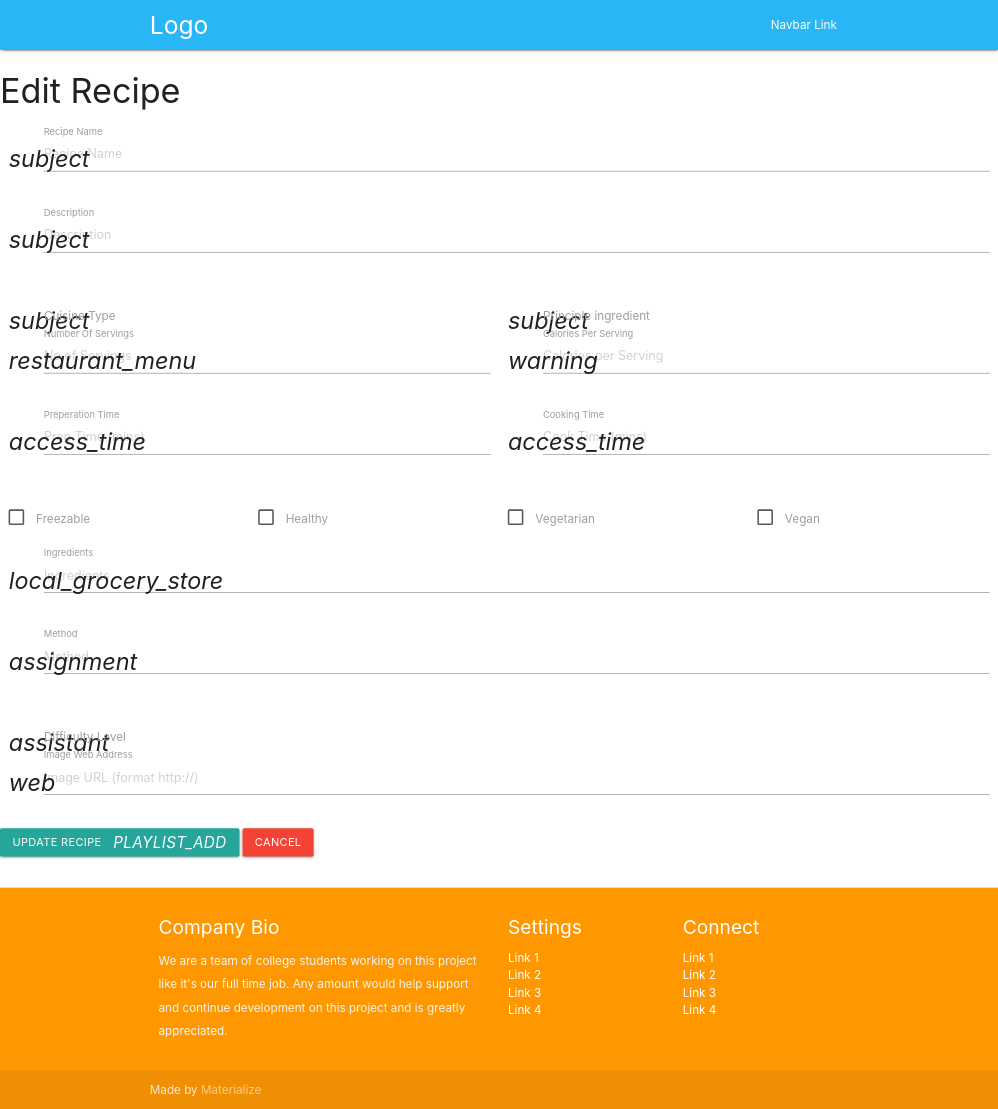
Repository: keefm6776/cookery-website
Page: templates/edit_recipe.html
The author's editor kept a record of every edit. The page is drawn from the files as they stood at one moment, then again after the next edit.
The browser window is 1280 px wide. The pictures show the whole page, at 78% of full size.
The page is served by the project's application, run on Flask 3 (app.py). The template is opened directly, without the code that normally fills it, so the values that code supplies are empty.

Above is the page before.
Console error: ReferenceError: jQuery is not defined

After the next edit:
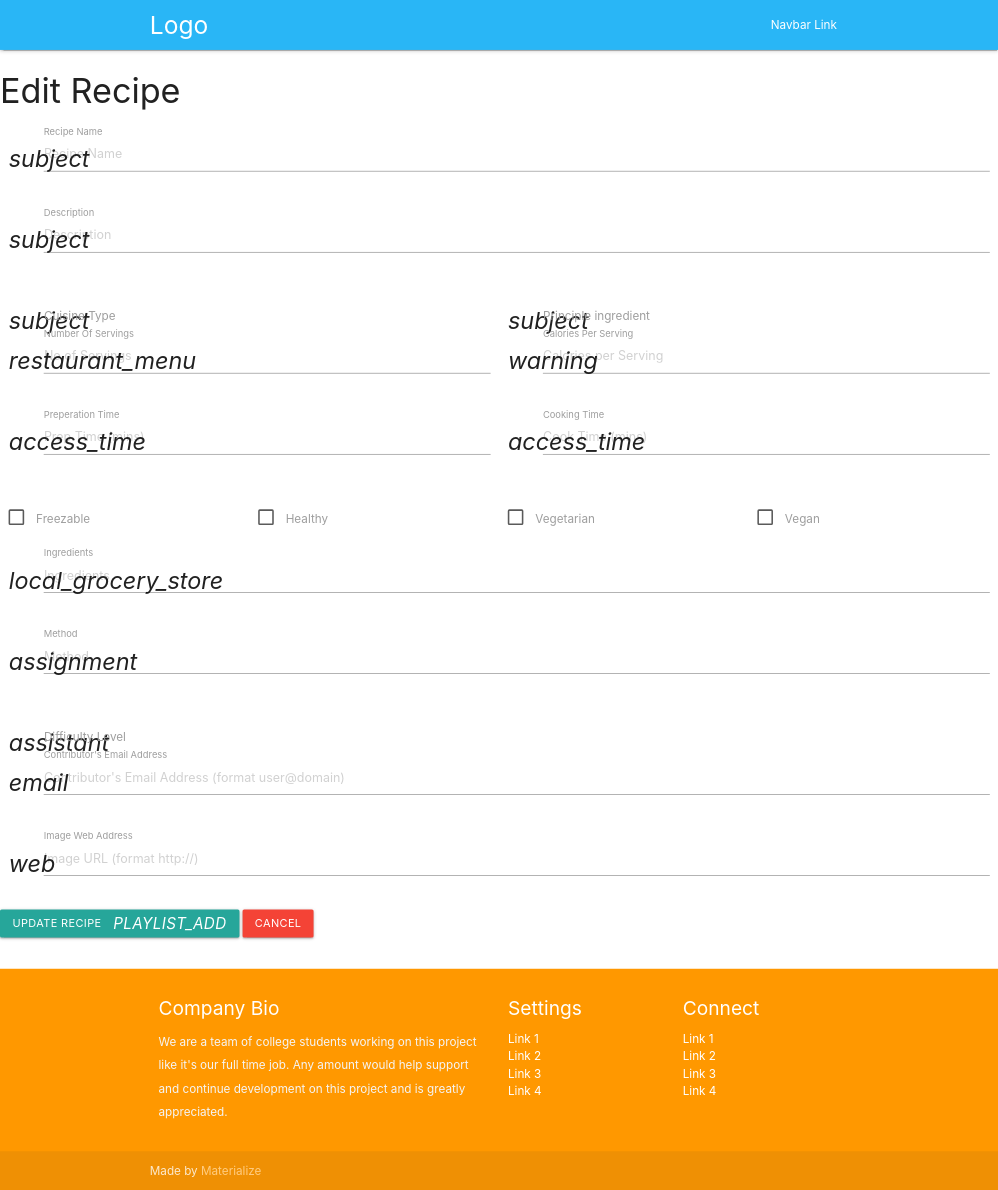
The edit:
--- a/templates/edit_recipe.html
+++ b/templates/edit_recipe.html
@@ -185,6 +185,16 @@
         </div>
         <!-- Row -->
 
+        <div class="row">
+            <div class="input-field col s12">
+                <i class="material-icons prefix">email</i>
+                <label>Contributor's Email Address</label>
+                <input placeholder="Contributor's Email Address (format user@domain)" id="image_url" name="contributor" type="email" class="validate" value="">
+            </div>
+            <!-- input-field -->
+        </div>
+        <!-- Row -->
+
 
         <div class="row">
             <div class="input-field col s12">
